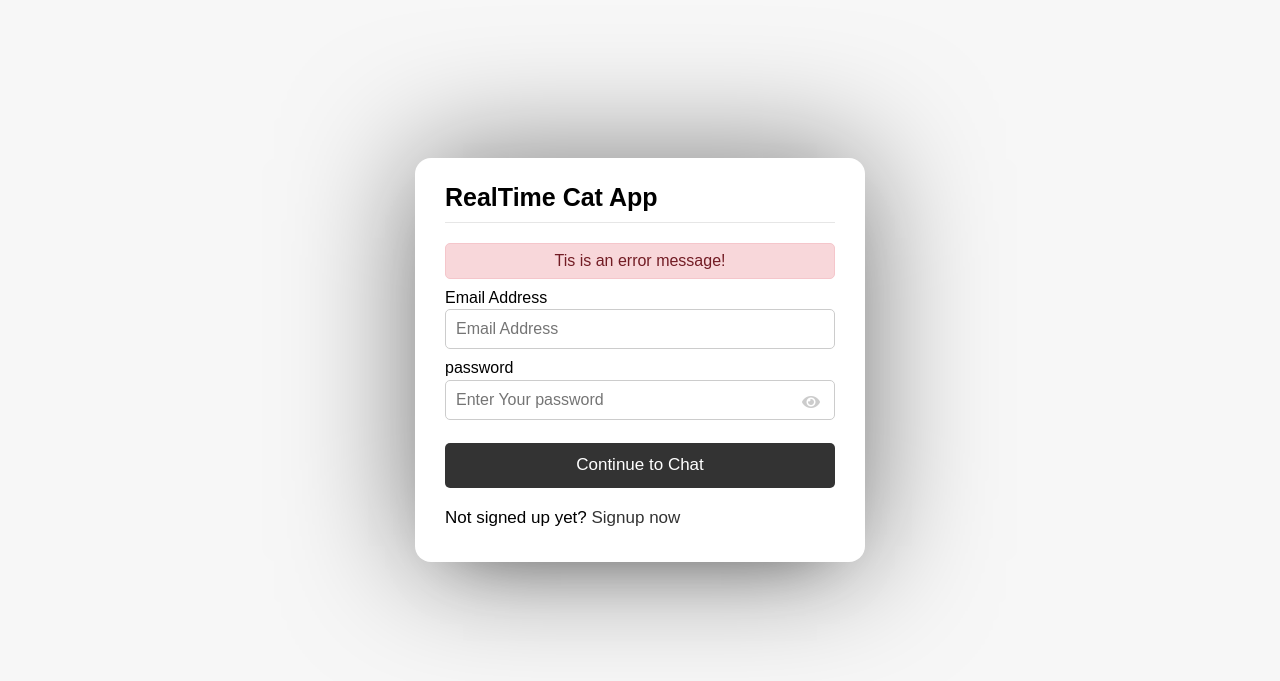
Repository: OmarEssameldinMousa/Chat-Application
Page: users.html
The author's editor kept a copy of each file at every save. The page is drawn from the files as they stood at one save, then again after the next save.
The browser window is 1280 px wide. The pictures show the whole page.

Above is the page before, as saved 2023-09-21 10:08:29.

After the next save:
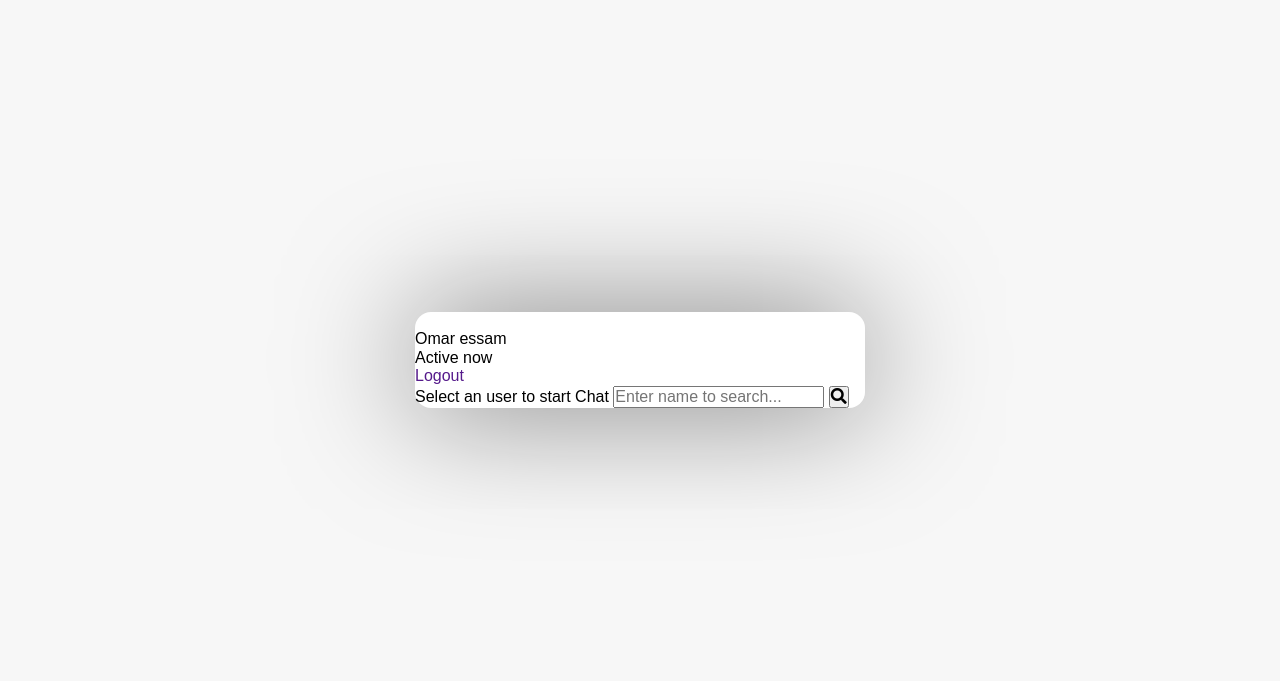
Saved 22 h 8 min later.
--- a/users.html
+++ b/users.html
@@ -12,25 +12,22 @@
 
 <body>
     <div class="wrapper">
-        <section class="form signup">
-            <header>RealTime Cat App</header>
-            <form action="#">
-                <div class="error-txt">Tis is an error message!</div>
-                <div class="field input">
-                    <label for="">Email Address</label>
-                    <input type="text" placeholder="Email Address">
+        <section class="users">
+            <header>
+                <div class="content">
+                    <img src="#" alt="">
+                    <div class="details">
+                        <span>Omar essam</span>
+                        <p>Active now</p>
+                    </div>
                 </div>
-                <div class="field input">
-                    <label for="">password</label>
-                    <input type="text" placeholder="Enter Your password">
-                    <i class="fas fa-eye"></i>
-                </div>
-
-                <div class="field button">
-                    <input type="submit" value="Continue to Chat">
-                </div>
-            </form>
-            <div class="link">Not signed up yet? <a href="">Signup now</a></div>
+                <a href="" class="Logout">Logout</a>
+            </header>
+            <div class="search">
+                <span class="text">Select an user to start Chat</span>
+                <input type="text" placeholder="Enter name to search...">
+                <button><i class="fas fa-search"></i></button>
+            </div>
         </section>
     </div>
 </body>
